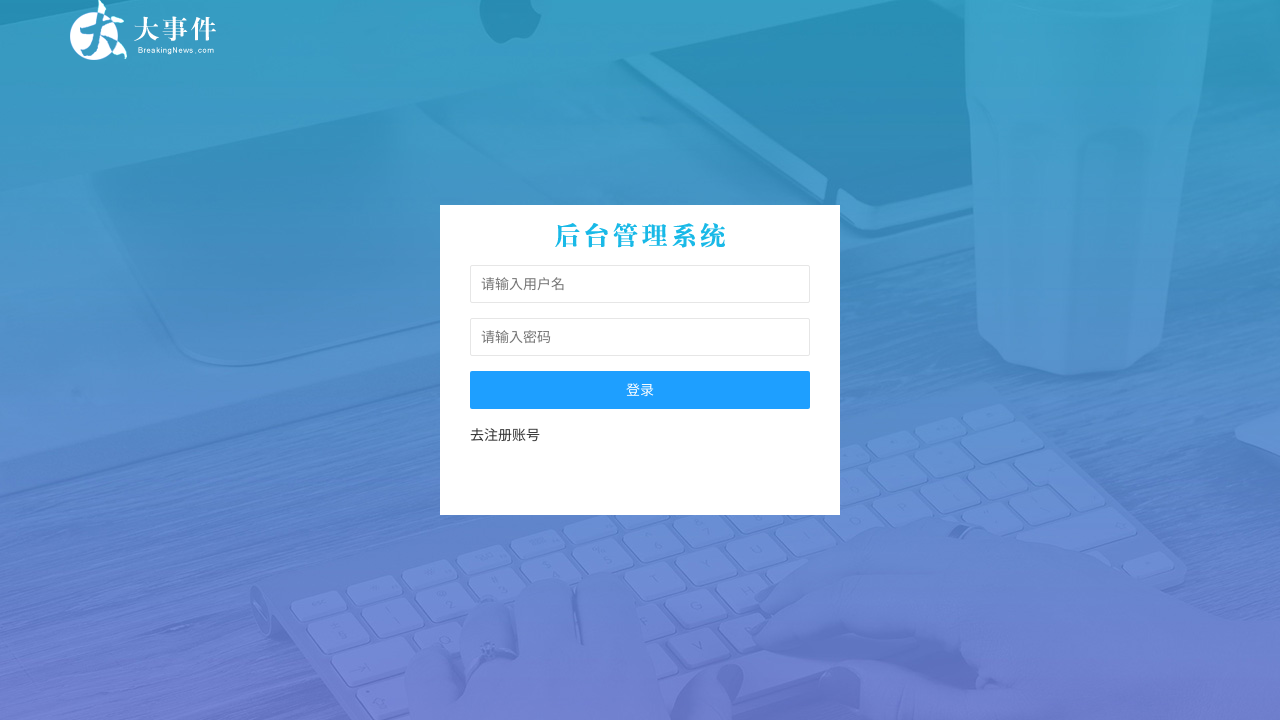
Repository: R1Deemo/Main-project
Page: login.html
The author's editor kept a copy of each file at every save. The page is drawn from the files as they stood at one save, then again after the next save.
The browser window is 1280 px wide. The pictures show the whole page.

Above is the page before, as saved 2022-10-28 20:22:09.

### login.html
<!DOCTYPE html>
<html lang="en">

<head>
    <meta charset="UTF-8">
    <meta http-equiv="X-UA-Compatible" content="IE=edge">
    <meta name="viewport" content="width=device-width, initial-scale=1.0">
    <title>大事件-登录/注册</title>
    <link rel="stylesheet" href="/assets/css/login.css" />
    <link rel="stylesheet" href="/assets/lib/layui/css/layui.css" />
</head>

<body>
    <!-- 头部logo -->
    <div class="layui-main">
        <img src="/assets/images/logo.png" alt="" />
    </div>
    <!-- 登录注册 -->
    <div class="loginAndRegBox">
        <div class="title-box"></div>
        <!-- 登录 -->
        <div class="login-box">
            <!-- 登录的表单 -->
            <form class="layui-form" action="">
                <!-- 用户名-->
                <div class="layui-form-item">
                    <input type="text" name="username" required lay-verify="required" placeholder="请输入用户名" autocomplete="off" class="layui-input">
                </div>
                <!-- 密码 -->
                <div class="layui-form-item">
                    <input type="password" name="password" required lay-verify="required" placeholder="请输入密码" autocomplete="off" class="layui-input">
                </div>
                <!-- 登录按钮 -->
                <div class="layui-form-item">
                    <button class="layui-btn layui-btn-fluid layui-btn-normal" lay-submit lay-filter="formDemo">登录</button>
                </div>
                <div class="layui-form-item">
                    <a href="javascript:;" id="link_reg">去注册账号</a>
                </div>
            </form>

        </div>
        <!-- 注册 -->
        <div class="reg-box"> <a href="javascript:;" id="link_login"> 去登陆</a> </div>

    </div>
    <!-- 导入jQuery -->
    <script src="/assets/lib/jquery.js"></script>
    <script src="/assets/js/login.js"></script>
</body>

</html>

### assets/css/login.css
html,
body {
    margin: 0;
    padding: 0;
    height: 100%;
    width: 100%;
    /* background-color: red; */
    background: url('/assets/images/login_bg.jpg') no-repeat center;
    background-size: cover;
}

.loginAndRegBox {
    width: 400px;
    height: 310px;
    background-color: #FFF;
    position: absolute;
    left: 50%;
    top: 50%;
    transform: translate(-50%, -50%);
}

.title-box {
    height: 60px;
    background: url('/assets/images/login_title.png')no-repeat center;
}

.reg-box {
    display: none;
}

.layui-form {
    padding: 0px 30px
}

.links {
    display: flex;
    justify-content: flex-end;
}

.links a {
    font-size: 12px;
}

### assets/js/login.js
$(function() {
    $('#link_reg').on('click', function() {
        $('.reg-box').show()
        $('.login-box').hide()
    })

    $('#link_login').on('click', function() {
        $('.reg-box').hide()
        $('.login-box').show()
    })
})

Loaded but not shown: assets/lib/layui/css/layui.css (library); assets/lib/jquery.js (library)

After the next save:
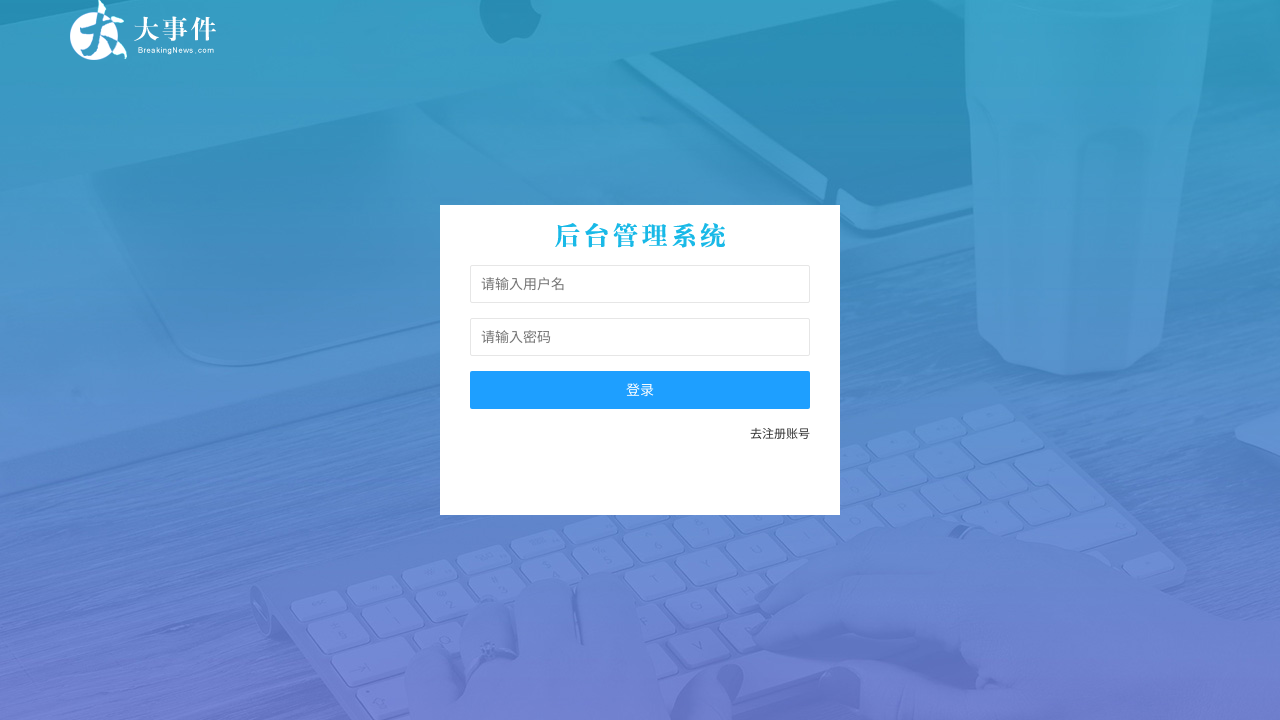
Saved 14 s later.
--- a/login.html
+++ b/login.html
@@ -34,7 +34,7 @@
                 <div class="layui-form-item">
                     <button class="layui-btn layui-btn-fluid layui-btn-normal" lay-submit lay-filter="formDemo">登录</button>
                 </div>
-                <div class="layui-form-item">
+                <div class="layui-form-item links">
                     <a href="javascript:;" id="link_reg">去注册账号</a>
                 </div>
             </form>
